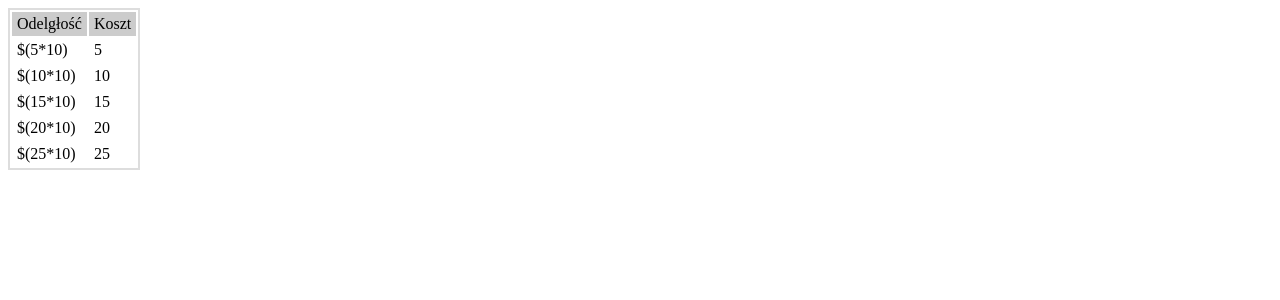
Repository: gabr/workspace
Page: http://localhost/
An editor plug-in stored every save of this project. The page is shown before and after the next save, followed by the edit.
The browser window is 1280 px wide. The pictures show the whole page.
The page is run by PHP 8.4 with error messages shown; the project is at /var/www/html/.

Above is the page before, as saved 2013-02-25 16:39:00.

### php 003 - petle/index.php
<!DOCTYPE html PUBLIC "-//W3C//DTD HTML 4.01 Transitional//EN" "http://www.w3.org/TR/html4/loose.dtd">
<html>
<head>
<link rel="stylesheet" href="style.css">
<meta http-equiv="Content-Type" content="text/html; charset=UTF-8">
<title>petle</title>
</head>
<body>
  <table>
    <tr>
      <td>Odelgłość</td>
      <td>Koszt</td>
    </tr>
    <?php

    for($i=5; $i <= 25; $i+=5) {
		echo "<tr>\n";
		echo "\t<td>$($i*10)</td>\n";
		echo "\t<td>$i</td>\n";
		echo "</tr>\n";
	};

	?>
  </table>

</body>
</html>

### php 003 - petle/style.css
@CHARSET "UTF-8";

table {
  border: 2px solid #dddddd;
}

tr:first-child {
  background-color: #cccccc;
}

tr {
  border: 1px solid #eeeeee;
}

td {
  padding: 3px 5px 3px 5px;
}

After the next save:
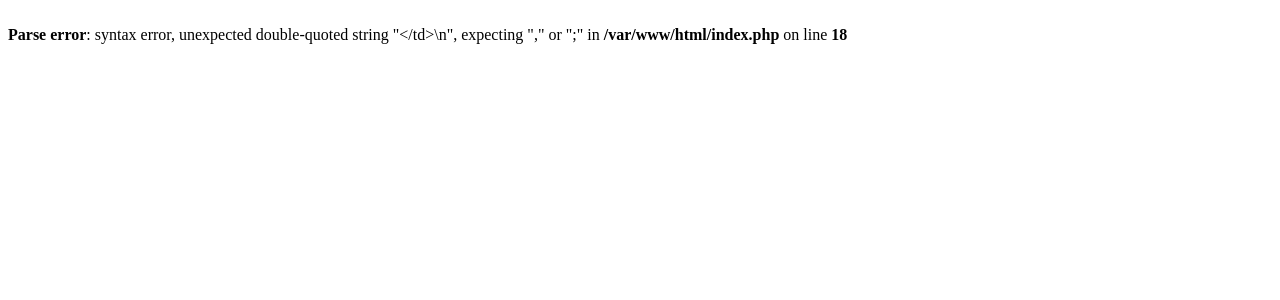
Saved 17 s later.
--- a/php 003 - petle/index.php
+++ b/php 003 - petle/index.php
@@ -15,7 +15,7 @@
 
     for($i=5; $i <= 25; $i+=5) {
 		echo "<tr>\n";
-		echo "\t<td>$($i*10)</td>\n";
+		echo "\t<td>".$i*10."</td>\n";
 		echo "\t<td>$i</td>\n";
 		echo "</tr>\n";
 	};

After the save that followed:
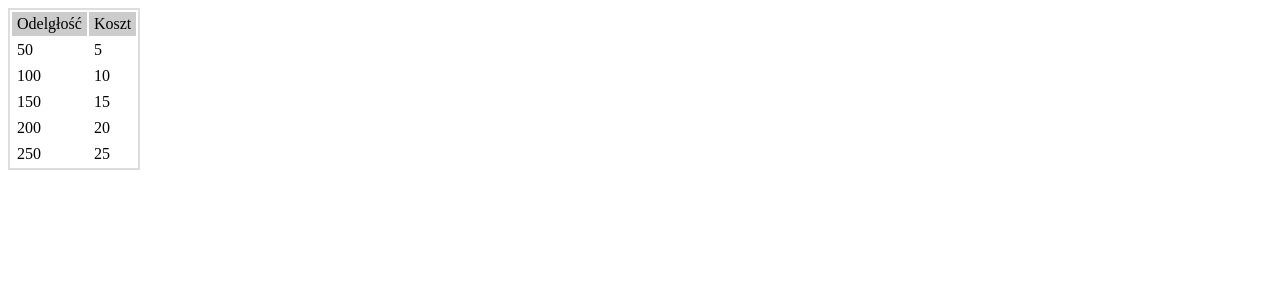
Saved 7 s later.
--- a/php 003 - petle/index.php
+++ b/php 003 - petle/index.php
@@ -15,7 +15,7 @@
 
     for($i=5; $i <= 25; $i+=5) {
 		echo "<tr>\n";
-		echo "\t<td>".$i*10."</td>\n";
+		echo "\t<td>".($i*10)."</td>\n";
 		echo "\t<td>$i</td>\n";
 		echo "</tr>\n";
 	};
